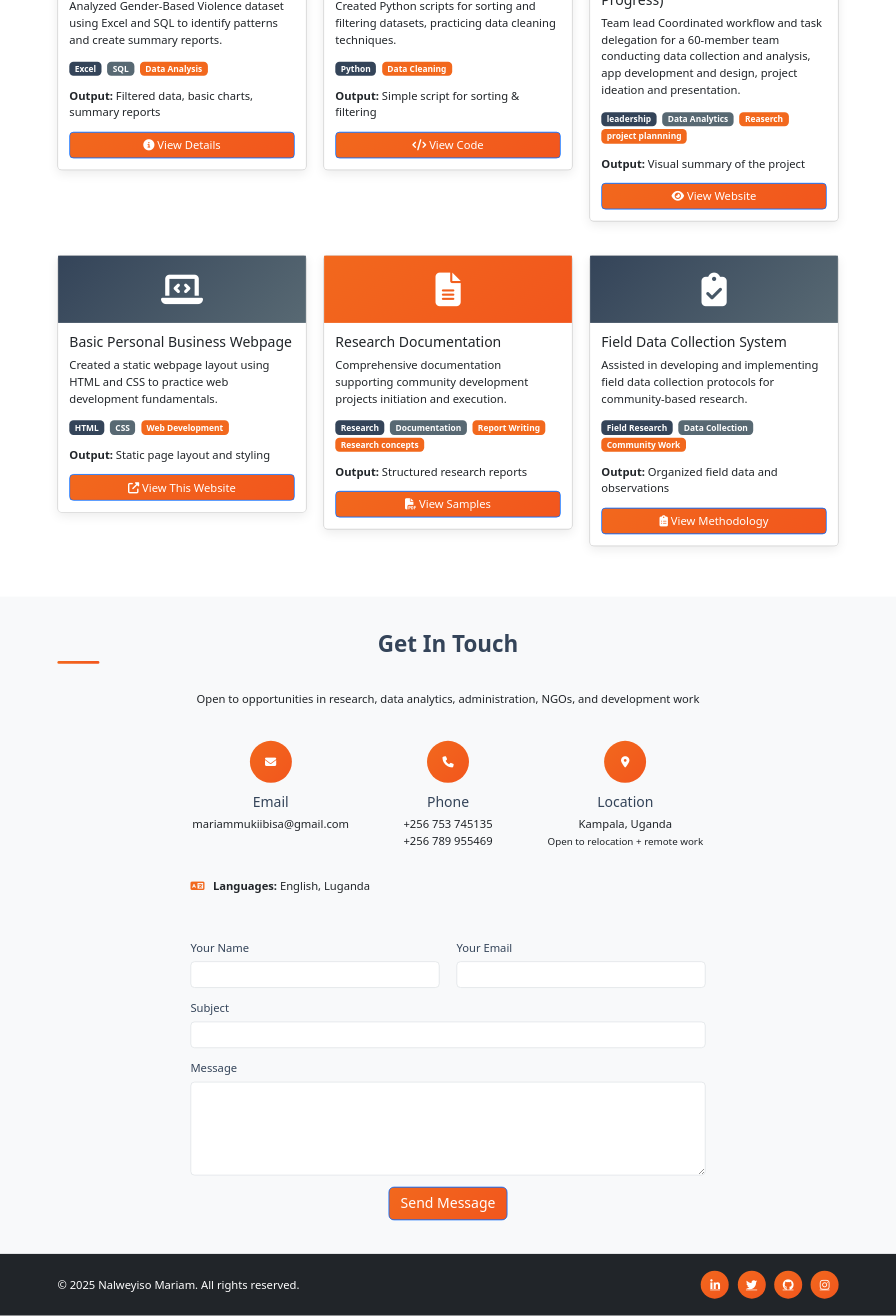
Repository: NalweMari/My-Personal-Portfolio
Page: index.html
The author's editor kept a copy of each file at every save. The page is drawn from the files as they stood at one save, then again after the next save.
The browser window is 1280 px wide. The pictures show the part of the page from y = 1795 to 3715 px (the page is 3675 px tall before and 3715 px after), at 70% of full size.
A picture or video elsewhere on the page could not be fetched, so the positions and the page height are approximate.

Above is the page before, as saved 2025-12-04 03:22:44.
Console error (its wording comes from the project's code and is left out).

After the next save:
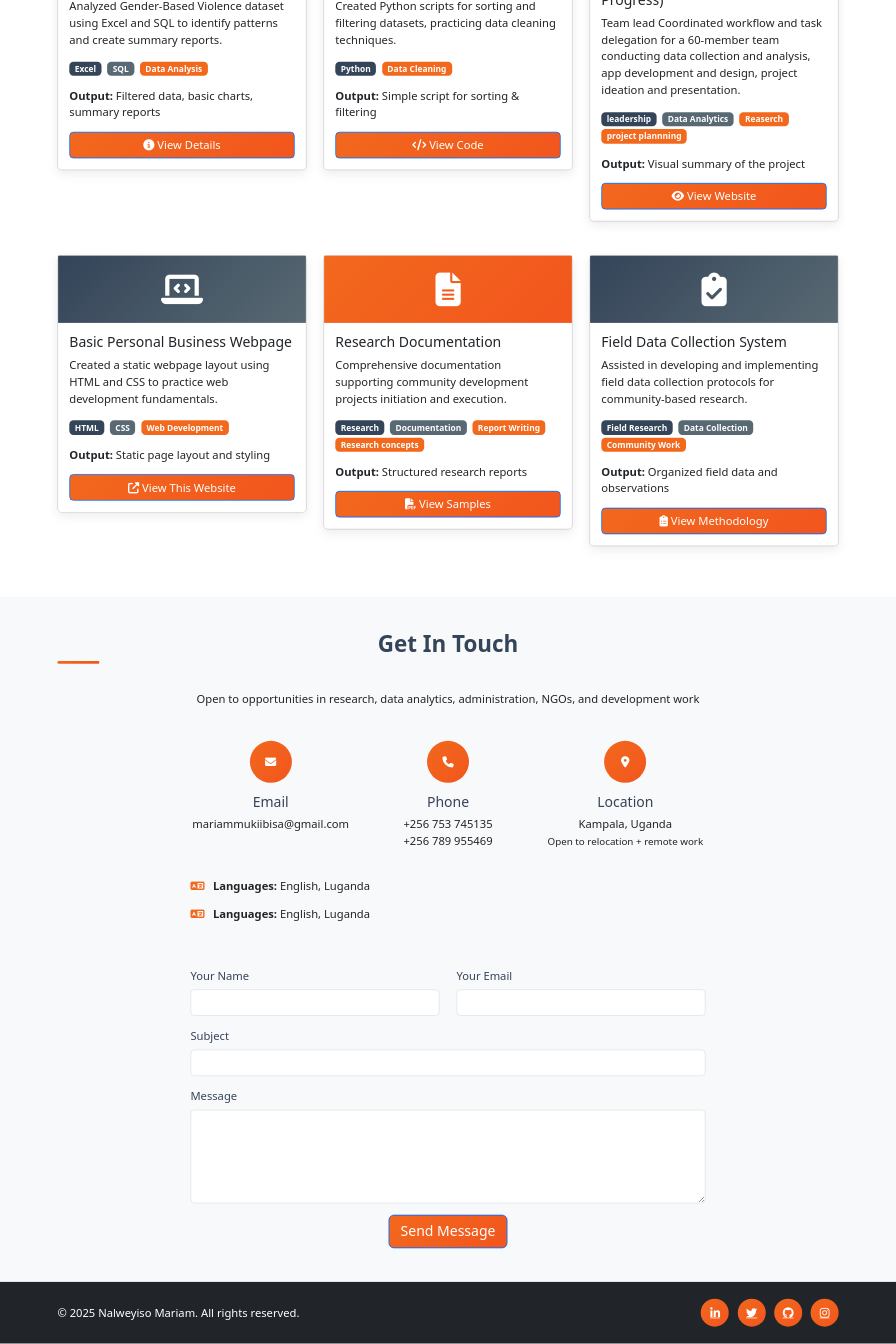
Saved 8 s later.
--- a/index.html
+++ b/index.html
@@ -359,7 +359,7 @@
                             <h5 style="color: var(--primary-color);">Location</h5>
                             <p>Kampala, Uganda<br><small>Open to relocation + remote work</small></p>
                         </div>
-                        <div></div>
+                        <div><p><i class="fas fa-language me-2" style="color: var(--accent-1);"></i> <strong>Languages:</strong> English, Luganda</p></div>
                         <p><i class="fas fa-language me-2" style="color: var(--accent-1);"></i> <strong>Languages:</strong> English, Luganda</p>
                     </div>
 
